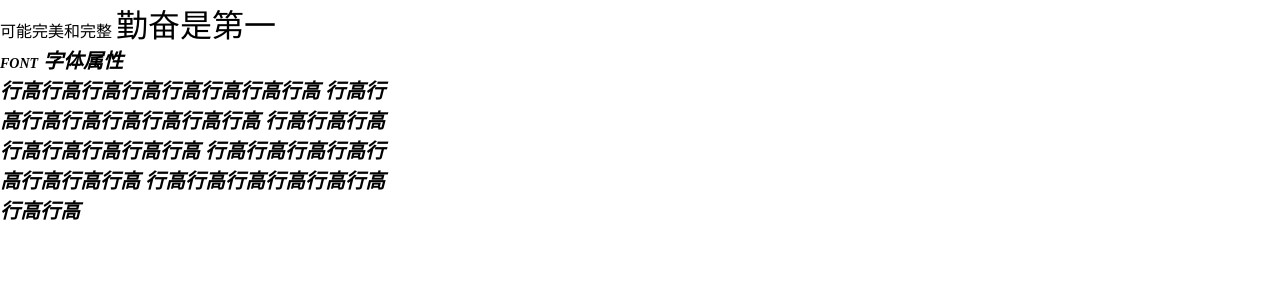
Repository: yuquan1006/-
Page: 02_css/demo.html
These files come from the project's save history. The page is drawn as it stood at one moment and after the next save; the edit follows.
The browser window is 1280 px wide. The pictures show the whole page.

Above is the page before, as saved 2023-06-26 10:50:16.

After the next save:
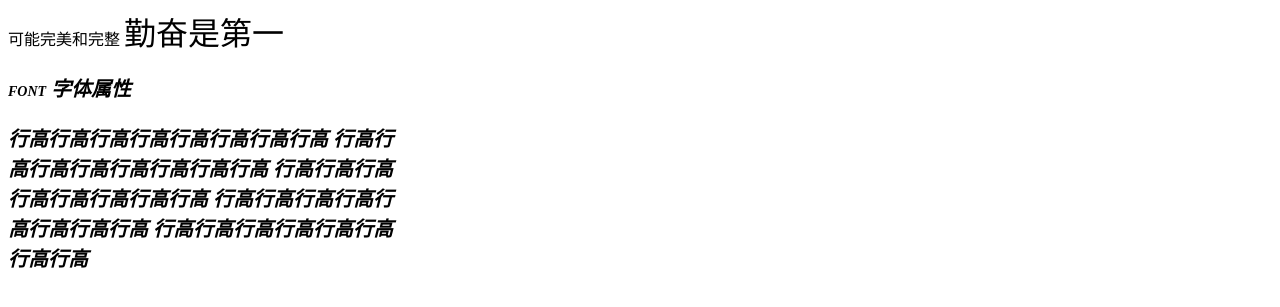
Saved 90 s later.
--- a/02_css/demo.html
+++ b/02_css/demo.html
@@ -23,10 +23,10 @@
         /* 行高
         我们设置行高为30px，30px * 5 = 150px，通过F12查看审查元素，这个p标签的高度果然为150px。而且我们发现，我们并没有给这个p标签设置高度，显然是内容将其撑高的。
         */
-        *{
+        /* *{
             margin: 0px;
             padding: 0px;
-        }
+        } */
         p{
             width: 400px;
             line-height: 30px;
